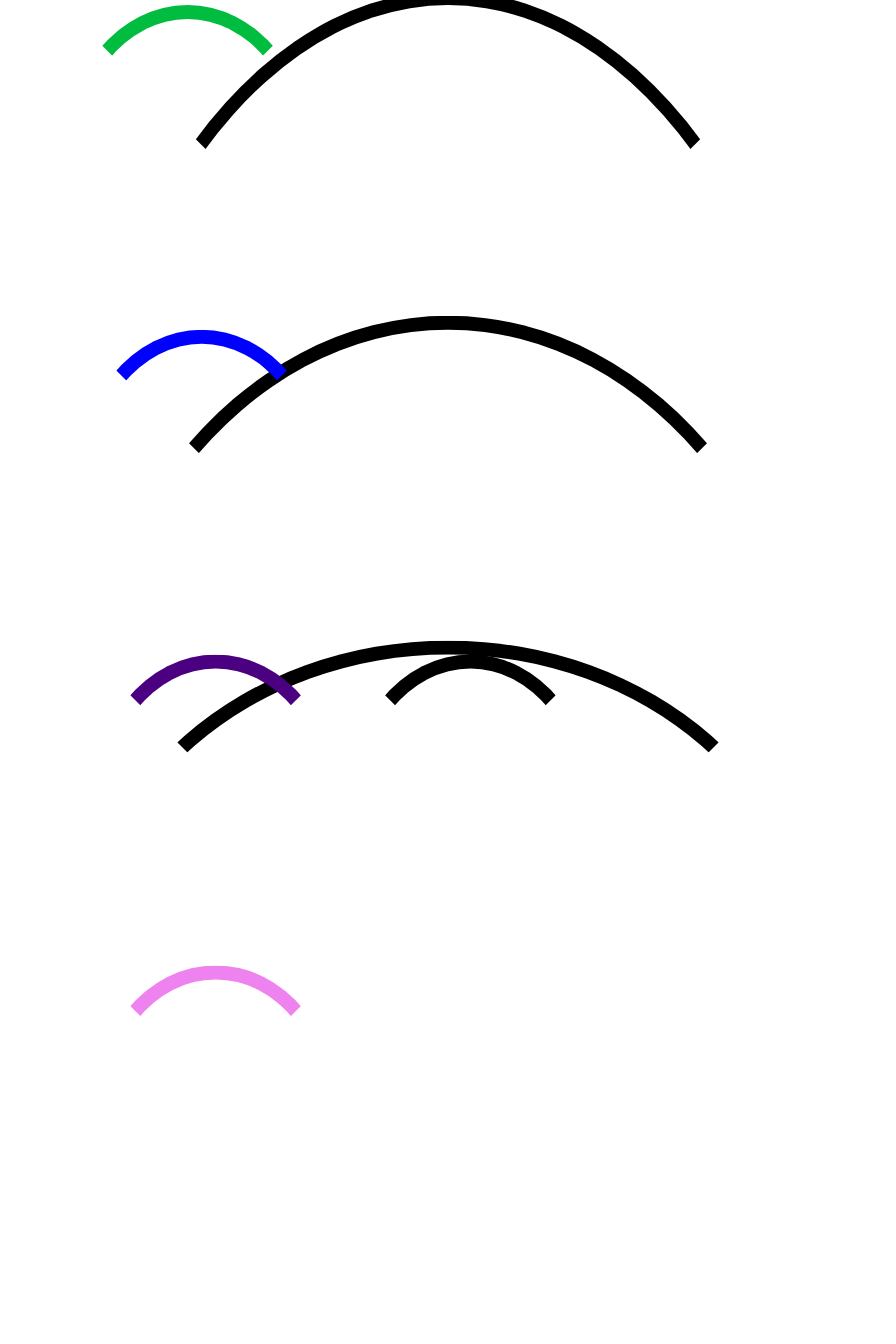
Repository: NthigaDenis/example-repository
Page: phase-0-css-rainbow-lab/index.html
The author's editor kept a copy of each file at every save. The page is drawn from the files as they stood at one save, then again after the next save.
The browser window is 1280 px wide. The pictures show the part of the page from y = 1413 to 3333 px (the page is 3364 px tall), at 70% of full size.

Above is the page before, as saved 2022-08-02 12:03:09.

### phase-0-css-rainbow-lab/index.html
<!DOCTYPE html>
<html>

<head>
  <!-- where all the meta data will go, like and files we need to include -->
  <link rel="stylesheet" type="text/css" href="main.css" />
  <title>My Little Rainbow</title><!-- the title is what appears on your tab -->
</head>

<body>
  <!-- the body element is where everything we will see on the page will go -->

  <!-- our soon to be beautiful rainbow! -->
  <div>
    <!-- the grandest grandparent div -->
    <div id="red"></div>
    <div>
      <div id="orange"></div>
      <div>
        <div id="yellow"></div>
        <div>
          <div id="green"></div>
          <div>
            <div id="blue"></div>
            <div>
              <div id="indigo"></div>
              <div></div> <!-- the gdirandest child div -->
              <div id="violet"></div>
            </div>
          </div>
        </div>
      </div>
    </div>
  </div>

</body>

</html>

### phase-0-css-rainbow-lab/main.css
div {
  border: 20px solid #000;
  /* this is short hand for setting
                            the border's width, its type, and color */
  display: inline-block;
  /* a way of positioning elements */
  min-width: 20em;
  /* the two min styles make the shape */
  min-height: 25em;
  /* of the divs oblong*/
  border-radius: 50%;
  /* this makes the normally square div round */
  border-left-color: transparent;
  /* these remove the color from the left side */
  border-right-color: transparent;
  /* the right side */
  border-bottom-color: transparent;
  /* and the bottom of the circle */
}

#red {
  border-top-color: #f00;
}

#orange {
  border-top-color: #ffa500
}

#yellow {
  border-top-color: #ff0
}

#green {
  border-top-color: #00bc3f
}

#blue {
  border-top-color: blue
}

#indigo {
  border-top-color: indigo
}

#violet {
  border-top-color: violet
}

After the next save:
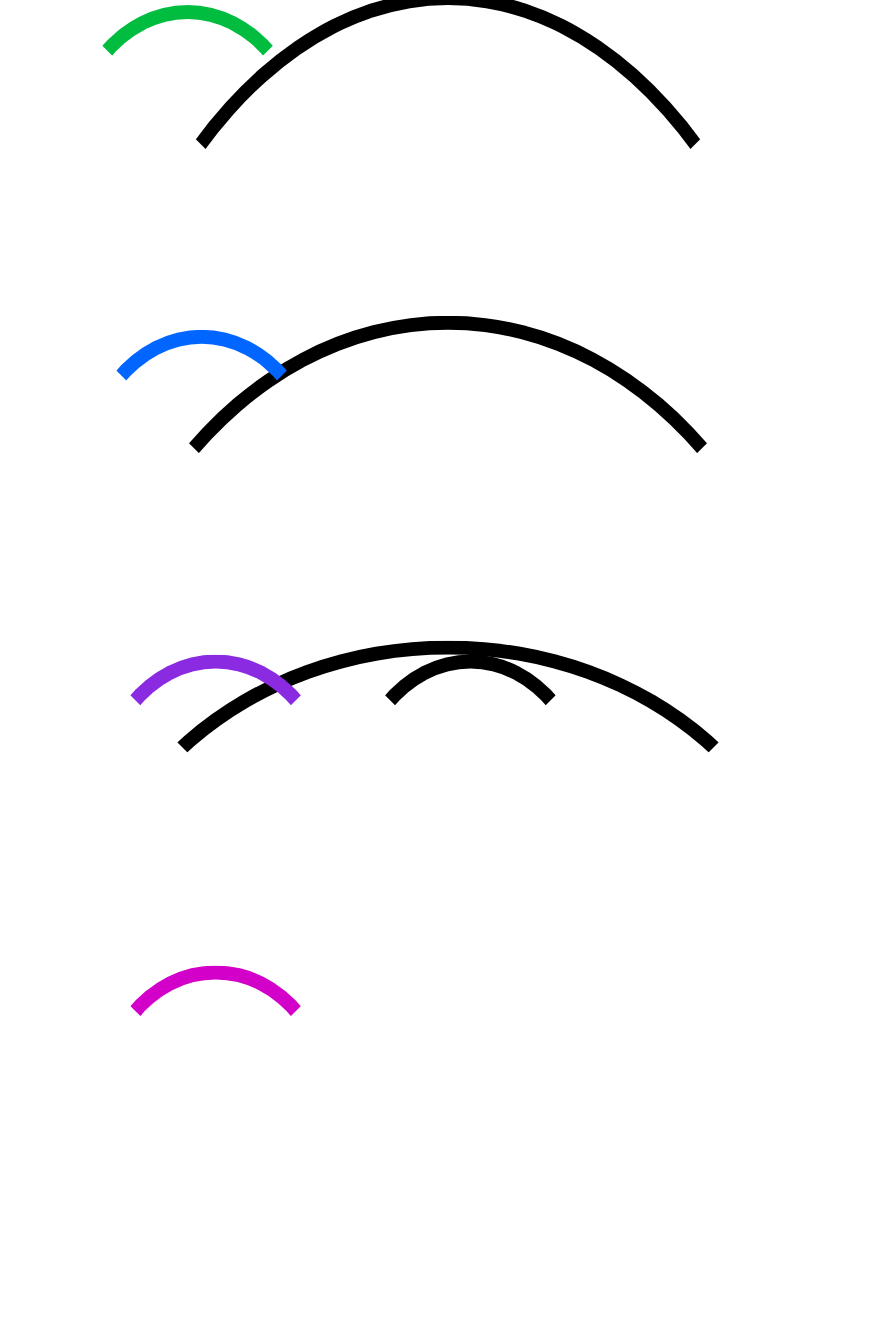
Saved 4 min 26 s later.
--- a/phase-0-css-rainbow-lab/main.css
+++ b/phase-0-css-rainbow-lab/main.css
@@ -35,13 +35,13 @@ div {
 }
 
 #blue {
-  border-top-color: blue
+  border-top-color: #06f
 }
 
 #indigo {
-  border-top-color: indigo
+  border-top-color: #8a2be2
 }
 
 #violet {
-  border-top-color: violet
+  border-top-color: #d300c9
 }
